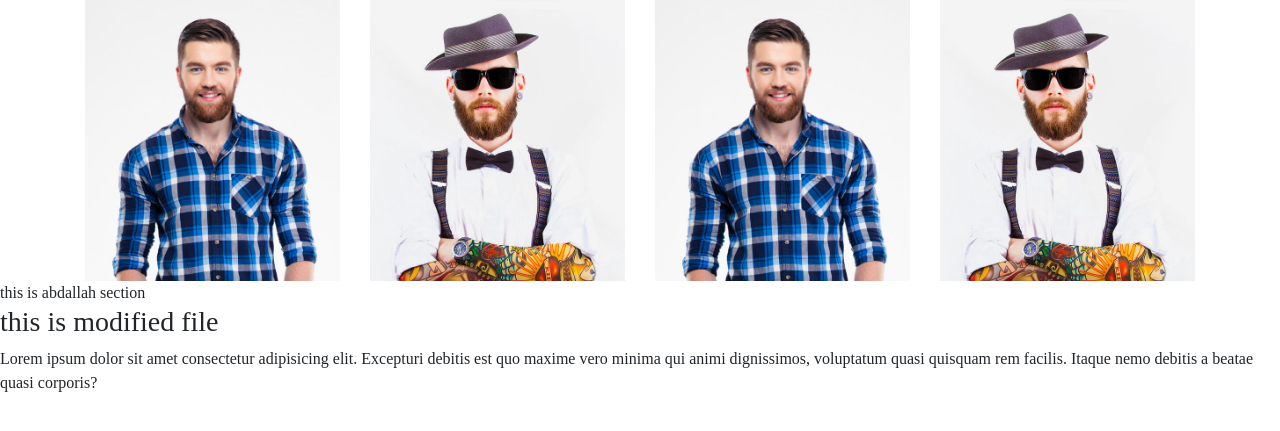
Repository: abdallahgad0000/RouteTeam
Page: index.html
The author's editor kept a copy of each file at every save. The page is drawn from the files as they stood at one save, then again after the next save.
The browser window is 1280 px wide. The pictures show the whole page.

Above is the page before, as saved 2020-12-26 10:57:26.

After the next save:
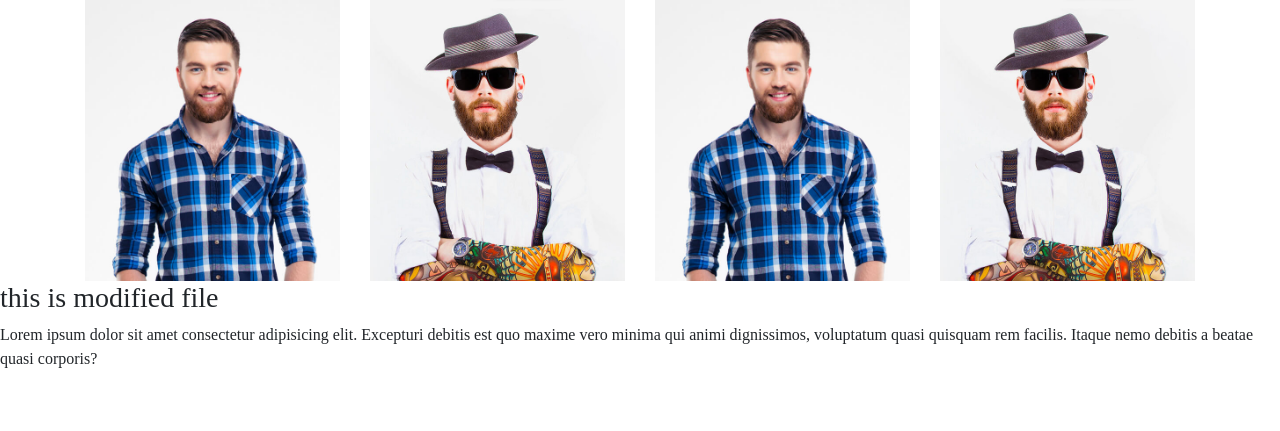
Saved 5 s later.
--- a/index.html
+++ b/index.html
@@ -37,7 +37,7 @@
   <!--end of section 1-->
 
   <section>
-    this is abdallah section
+    <!-- this is abdallah section -->
     <h3> this is modified file</h3>
     <p> Lorem ipsum dolor sit amet consectetur adipisicing elit. Excepturi debitis est quo maxime vero minima qui animi
       dignissimos, voluptatum quasi quisquam rem facilis. Itaque nemo debitis a beatae quasi corporis? </p>
